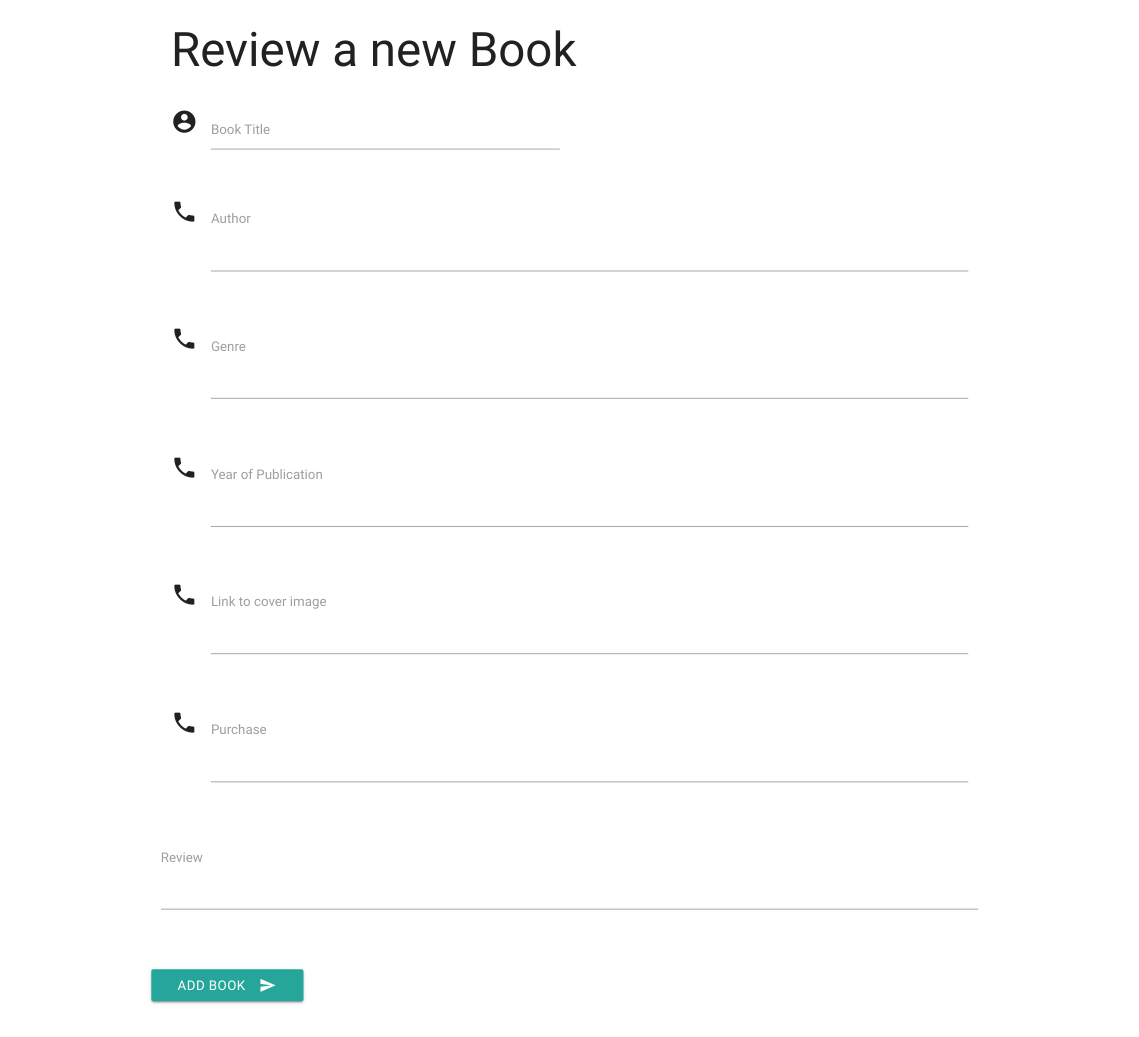
Repository: h8130084/bookReview
Page: http://localhost/add_book
The author's editor kept a record of every edit. The page is drawn from the files as they stood at one moment, then again after the next edit.
The browser window is 1280 px wide. The pictures show the whole page, at 89% of full size.
Some web libraries are served in a nearby version. The page is served by the project's application, run on Flask 3 (app.py).

Above is the page before.
Console error: ReferenceError: M is not defined

After the next edit:
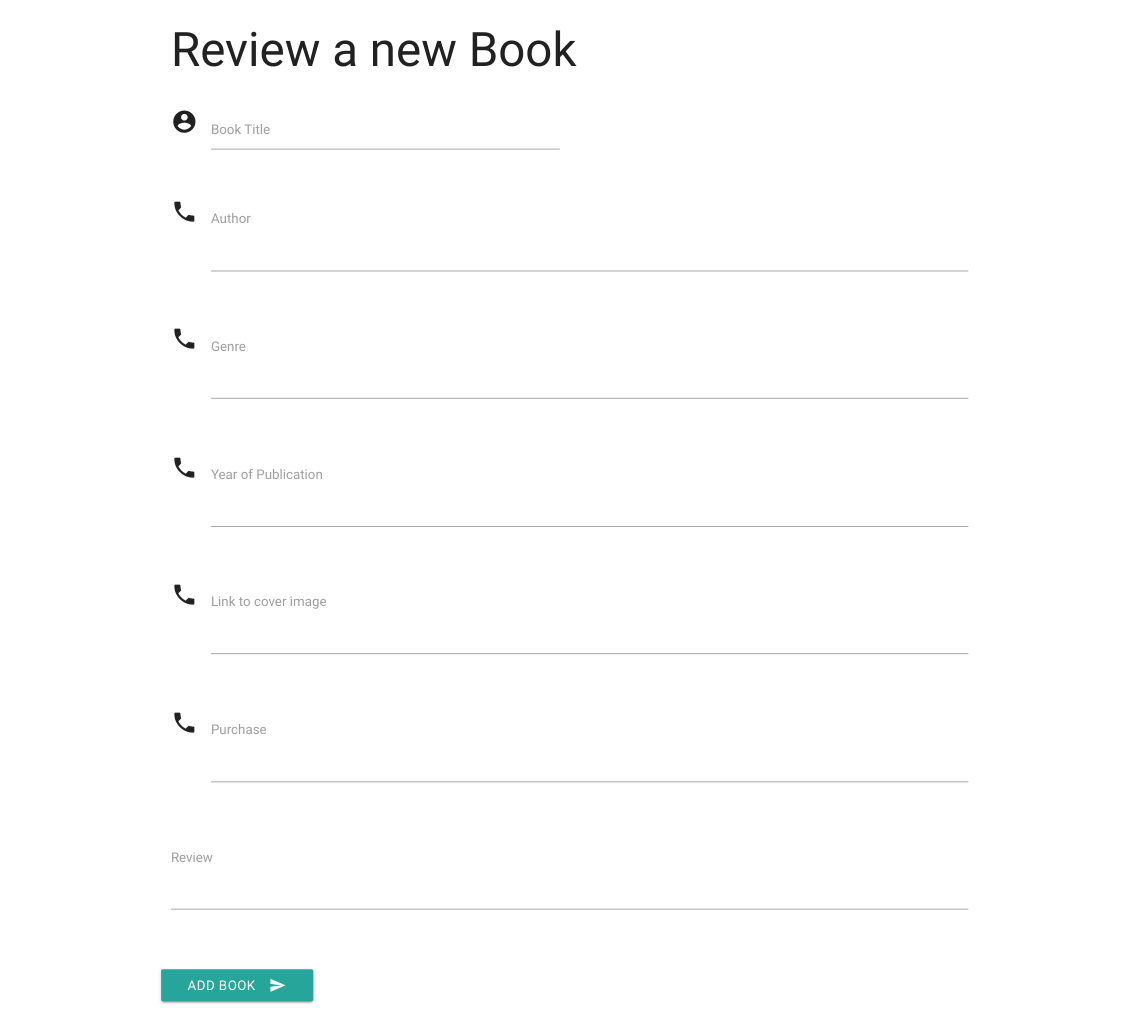
The edit:
--- a/templates/addbook.html
+++ b/templates/addbook.html
@@ -53,14 +53,12 @@
         </div>
 
         <div class="row">
+                <div class="input-field col s12">
+                    <textarea id="Review" name="Review" class="materialize-textarea"></textarea>
+                    <label for="Review">Review</label>
+                </div>
+            </div>
 
-                <div class="row">
-                    <div class="input-field col s12">
-                        <textarea id="textarea1" class="materialize-textarea"></textarea>
-                        <label for="textarea1">Review</label>
-                    </div>
-                </div>
-            </form>
         </div>
 
         <div class="row">
